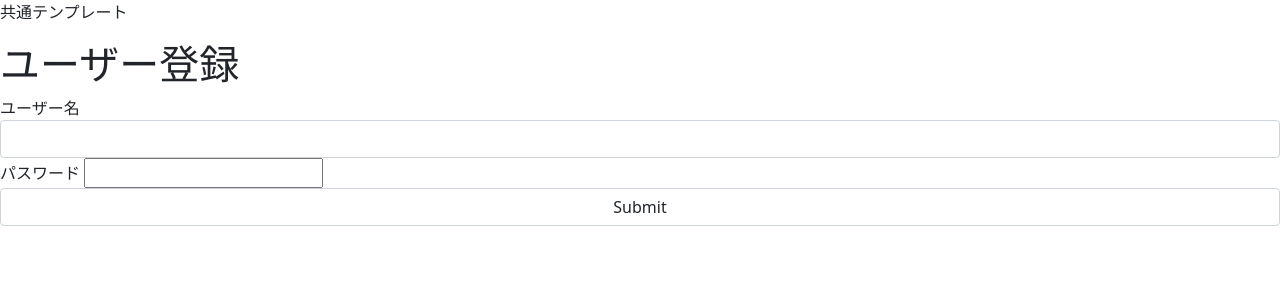
Repository: tt-nk/form-app
Page: http://localhost/signup
These files come from the project's save history. The page is drawn as it stood at one moment and after the next save; the edit follows.
The browser window is 1280 px wide. The pictures show the whole page.
The page is served by the project's application, run on Flask 3 (app.py).

Above is the page before, as saved 2021-12-14 14:39:23.

After the next save:
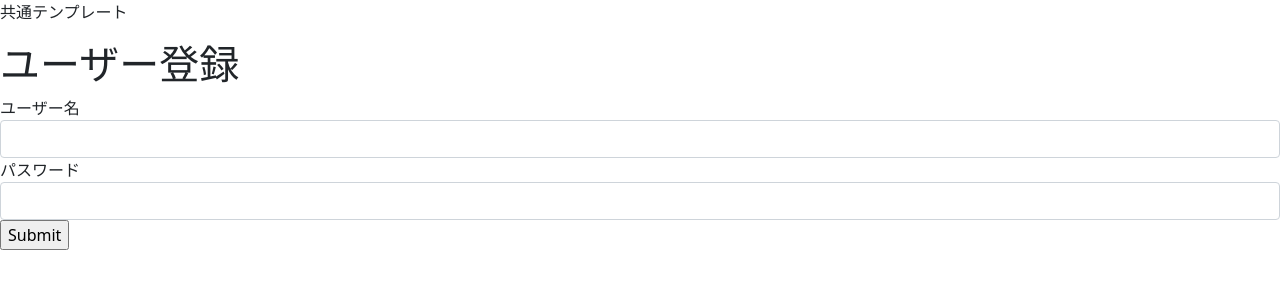
Saved 37 s later.
--- a/templates/signup.html
+++ b/templates/signup.html
@@ -8,8 +8,8 @@
     </div>
     <div class="form-group">
         <label for="">パスワード</label>
-        <input type="password" name="password">
+        <input type="password" name="password" class="form-control">
     </div>
-    <input type="submit" name="Login" class="form-control">
+    <input type="submit" name="Login">
 </form>
 {% endblock %}
